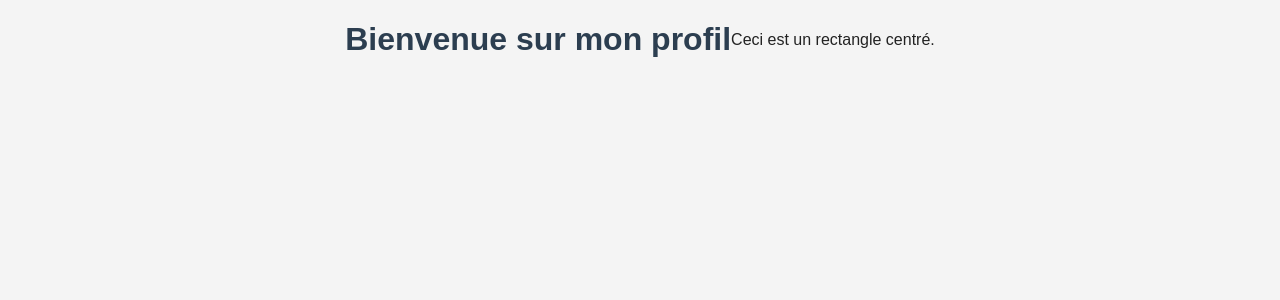
Repository: quadrinex/profile
Page: index.html
An editor plug-in stored every save of this project. The page is shown before and after the next save, followed by the edit.
The browser window is 1280 px wide. The pictures show the whole page.

Above is the page before, as saved 2025-06-30 16:03:26.

After the next save:
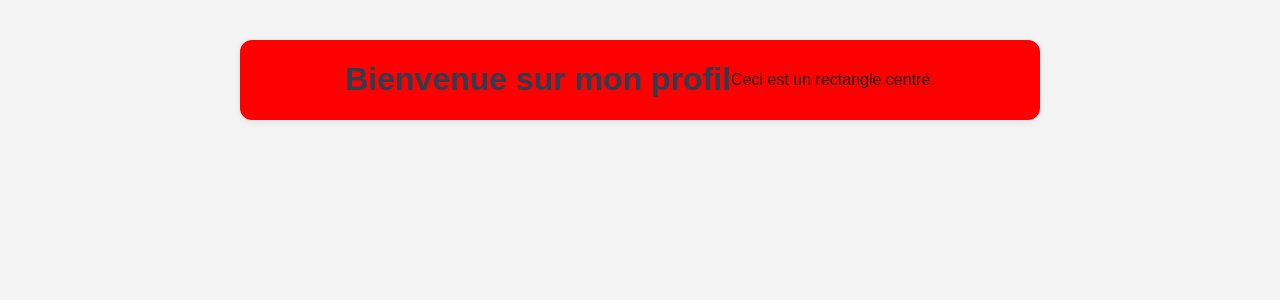
Saved 33 s later.
--- a/main.css
+++ b/main.css
@@ -20,7 +20,13 @@
 }
 
 .container {
+    max-width: 800px;
+    margin: 40px auto;
+    background: #ff0000;
+    border-radius: 12px;
+    box-shadow: 0 2px 8px rgba(0,0,0,0.08);
     display: flex;
     justify-content: center;
     align-items: center;
 }
+}
